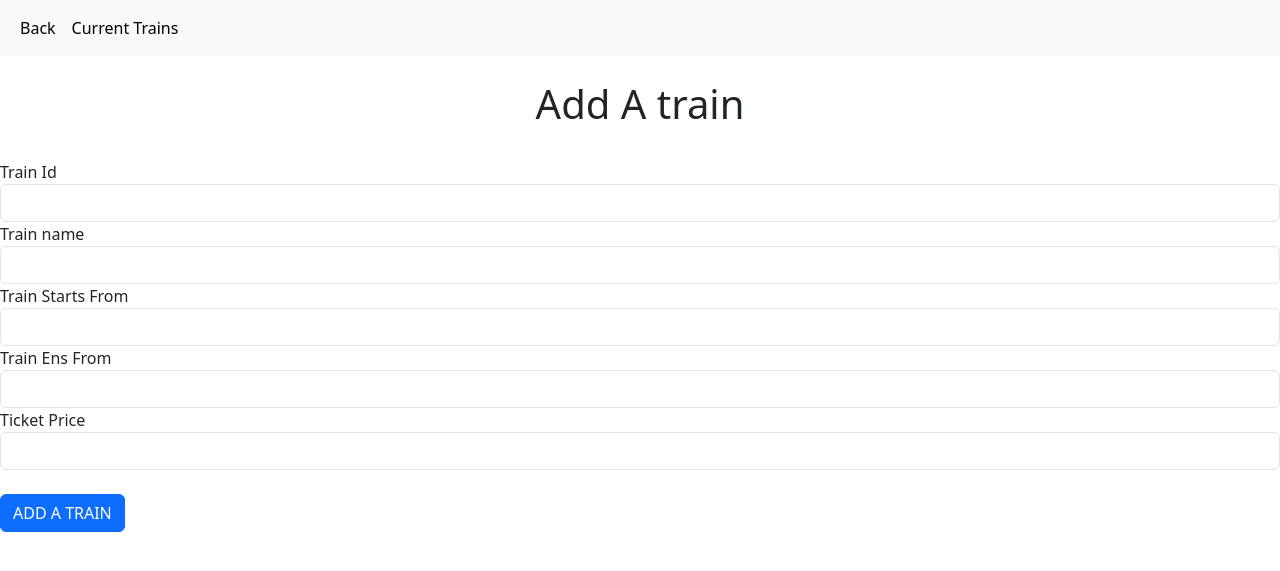
Repository: SachinUthpala/Railway-Reservation
Page: http://localhost/Railway/Admin/UpdateTrains/Update_train_details.jsp
An editor plug-in stored every save of this project. The page is shown before and after the next save, followed by the edit.
The browser window is 1280 px wide. The pictures show the whole page.
The page is served by Tomcat 9. Other server files are loaded and not shown.

Above is the page before, as saved 2023-05-21 11:49:26.

### Railway/src/main/webapp/Admin/UpdateTrains/Update_train_details.jsp
<%@ page language="java" contentType="text/html; charset=UTF-8"
    pageEncoding="UTF-8"%>
<!DOCTYPE html>
<html>
<head>
<meta charset="UTF-8">
<title>Update Train</title>
   <link href="https://cdn.jsdelivr.net/npm/bootstrap@5.3.0-alpha3/dist/css/bootstrap.min.css" rel="stylesheet" integrity="sha384-KK94CHFLLe+nY2dmCWGMq91rCGa5gtU4mk92HdvYe+M/SXH301p5ILy+dN9+nJOZ" crossorigin="anonymous">

</head>
<body>

	<nav class="navbar navbar-expand-lg bg-body-tertiary">
			  <div class="container-fluid">
			    <div class="collapse navbar-collapse" id="navbarSupportedContent">
			      <ul class="navbar-nav me-auto mb-2 mb-lg-0">
			        <li class="nav-item">
			          <a class="nav-link active" aria-current="page" href="updateTrains.jsp">Back</a>
			        </li>

			        <li class="nav-item">
			          <a class="nav-link active" aria-current="page" href="../../Cur_train_sev">Current Trains</a>
			        </li>
			      </ul>
			    </div>
			  </div>
			</nav>
			<br>

    <h1><center>Add A train</center></h1>
    <br>
    <form method="post" action="">

    	<div >
          <label for="exampleInputEmail1">Train Id</label>
          <input type="text" class="form-control"  name="name" id="result">
        </div>
        <div >
          <label for="exampleInputEmail1">Train name</label>
          <input type="text" class="form-control"  name="name">
        </div>
        <div class="form-group">
          <label >Train Starts From</label>
          <input type="text" class="form-control" name = "from" >
        </div>
        <div class="form-group">
            <label >Train Ens From</label>
            <input type="text" class="form-control"  name= "to">
          </div>
          <div class="form-group">
            <label>Ticket Price</label>
            <input type="text" class="form-control"  name = "price">
          </div>
          <br>
        <button type="submit" class="btn btn-primary">ADD A TRAIN</button>
      </form>
      <br><br>

</body>
</html>

After the next save:
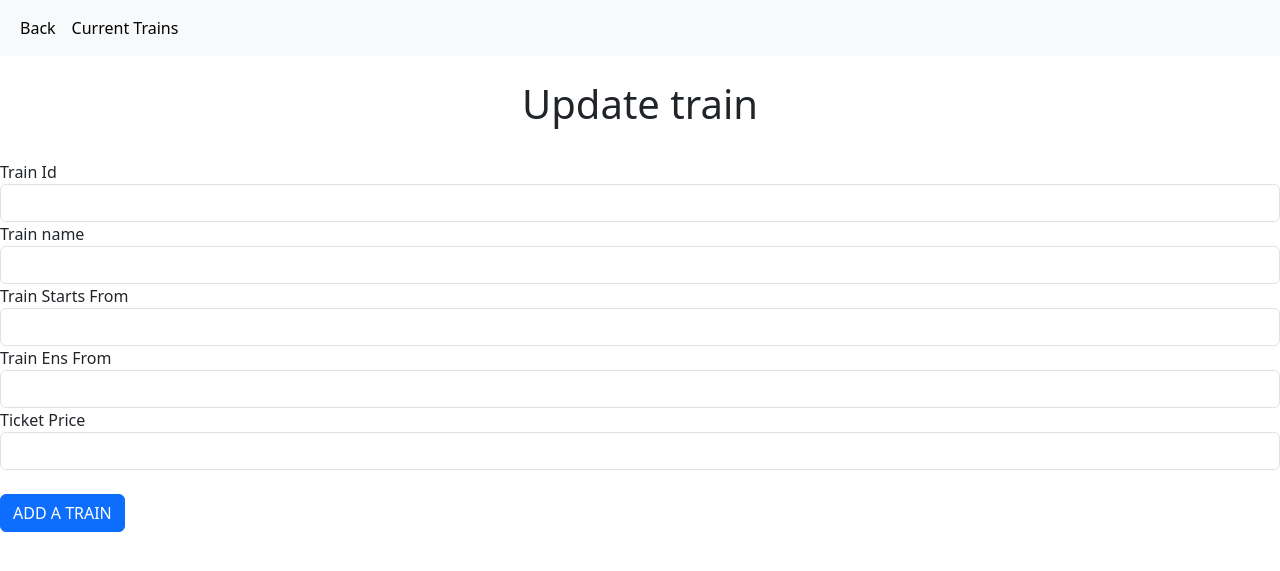
Saved 16 s later.
--- a/Railway/src/main/webapp/Admin/UpdateTrains/Update_train_details.jsp
+++ b/Railway/src/main/webapp/Admin/UpdateTrains/Update_train_details.jsp
@@ -27,7 +27,7 @@
 			</nav>
 			<br>
 
-    <h1><center>Add A train</center></h1>
+    <h1><center>Update train</center></h1>
     <br>
     <form method="post" action="">
 
